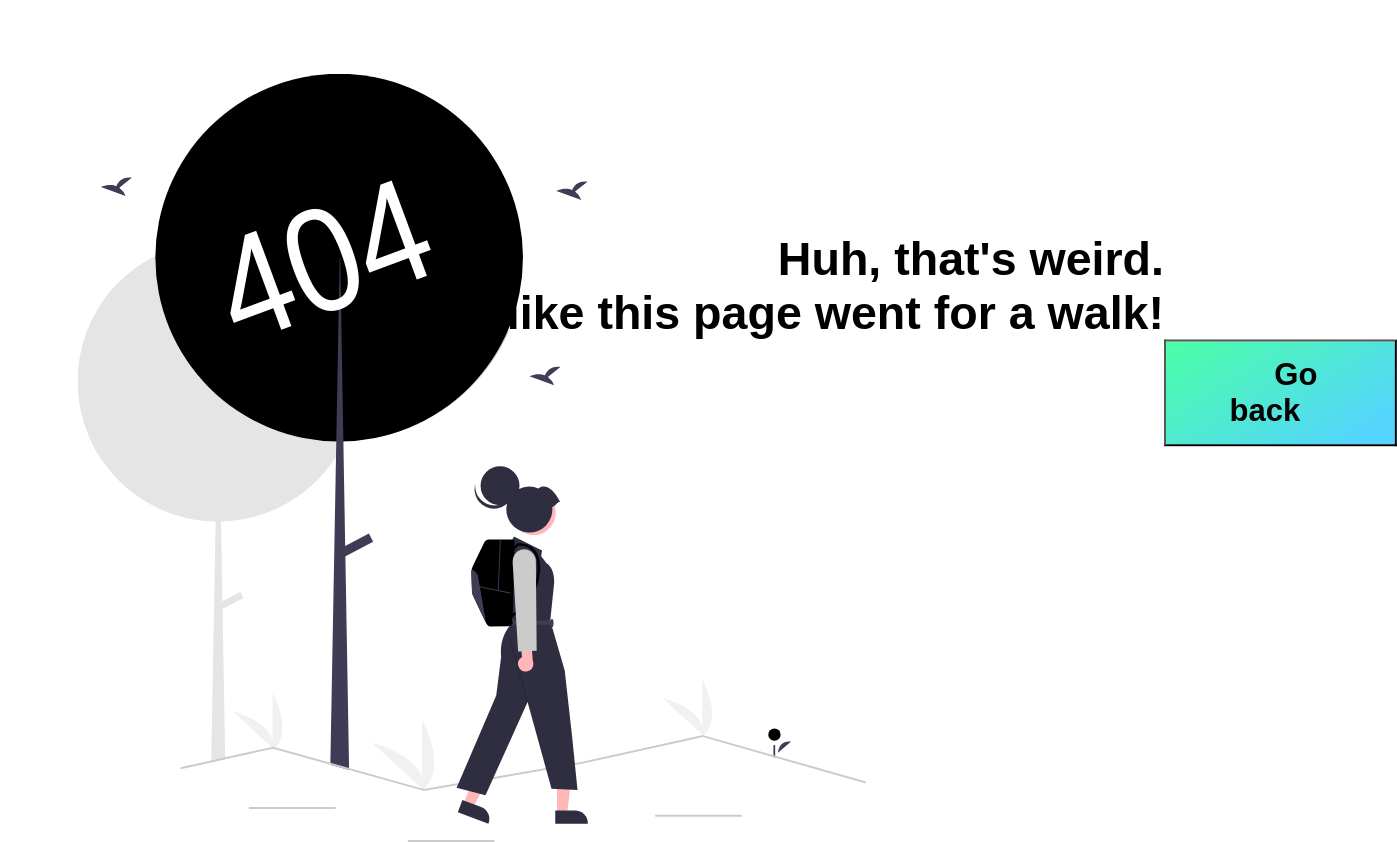
Repository: TeeJaysDev/Portfolio
Page: 404.html
The author's editor kept a copy of each file at every save. The page is drawn from the files as they stood at one save, then again after the next save.
The browser window is 1280 px wide. The page is 1440 px wide, so the pictures cover 1440 px, including what lies to the right of the window. The pictures show the whole page, at 97% of full size.

Above is the page before, as saved 2021-06-11 23:27:07.

After the next save:
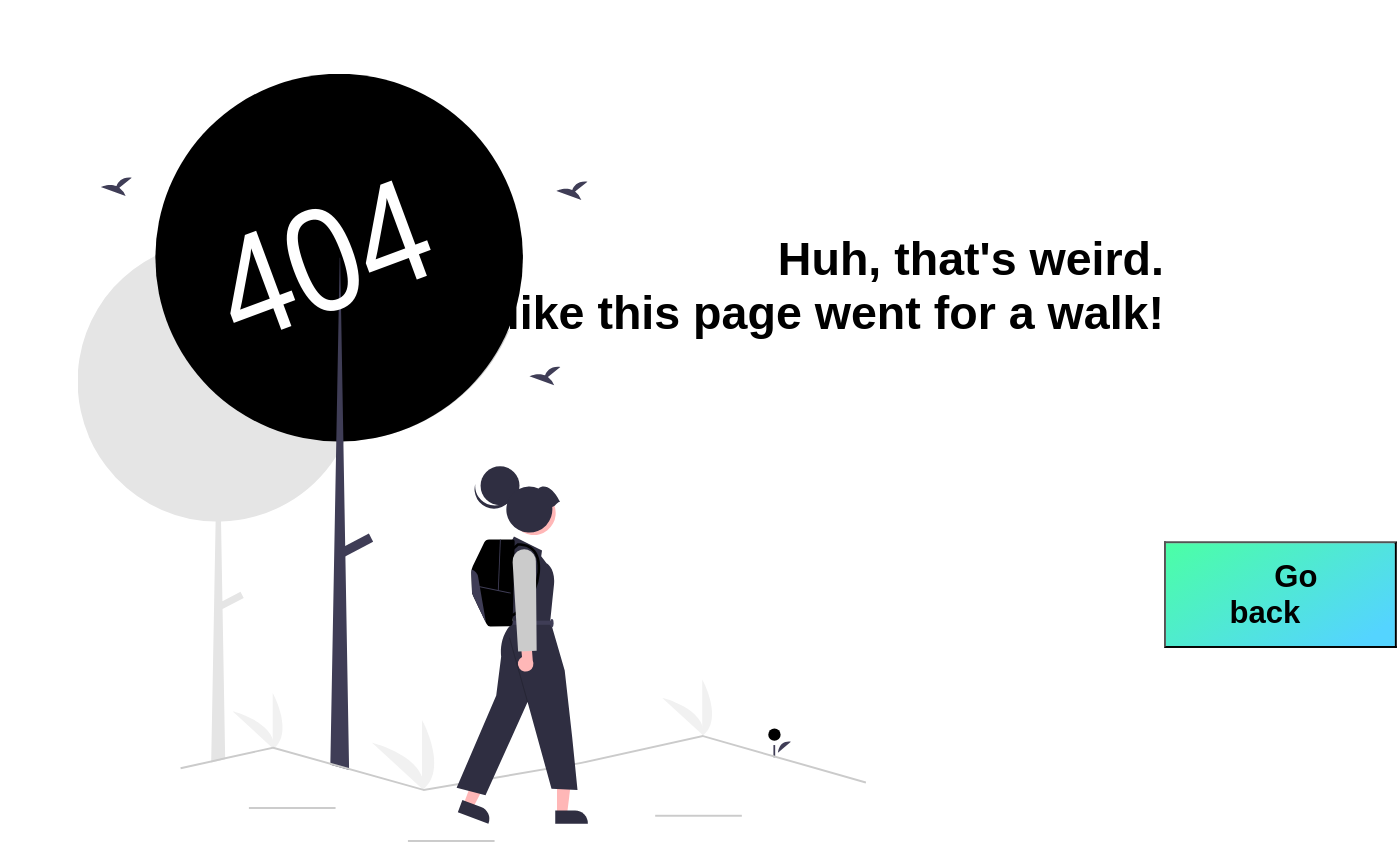
Saved 9 s later.
--- a/404.css
+++ b/404.css
@@ -43,7 +43,7 @@
     font-size: 1.2rem;
     text-align: center;
     margin-left: 75rem;
-    margin-bottom: 13rem;
+    margin-top: 13rem;
     background-image: linear-gradient(147deg, #4bffa5, #54d4ff 90%);
     color: #000000;
     cursor: pointer;
